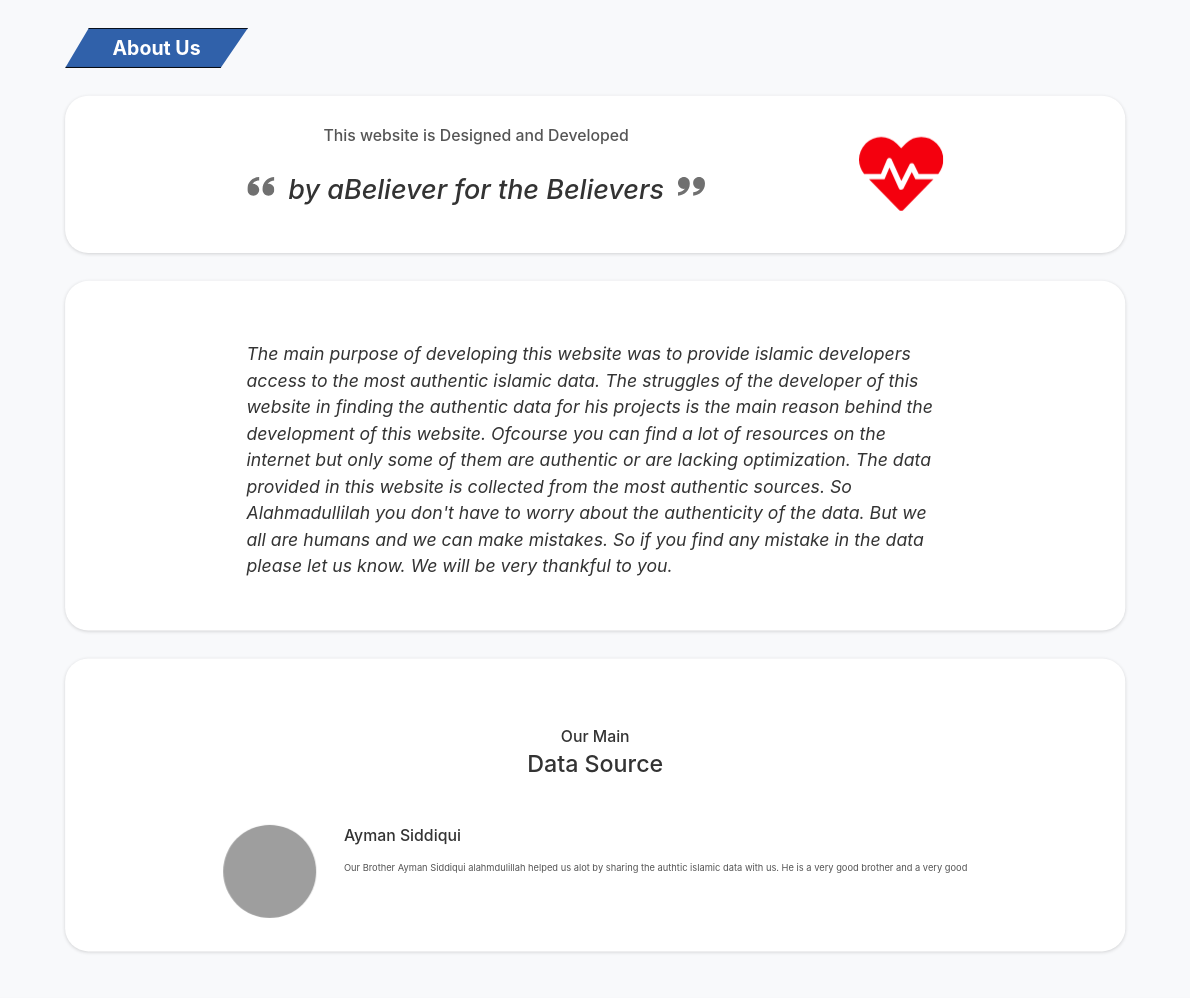
Repository: SpicierEwe/islamic-dev-repo
Page: /legal/about_us
These files come from the project's save history. The page is drawn as it stood at one moment and after the next save; the edit follows.
The browser window is 1280 px wide. The pictures show the whole page, at 93% of full size.
Pictures or frames that could not be fetched are drawn as grey boxes. The project was rebuilt for these pictures with package versions that can differ from the ones it lists, and the page was loaded fresh each time. The framework's server and built-in components were replaced by stand-ins that run in the browser. Also part of the build but not shown: next.config.js.

Above is the page before, as saved 2022-09-16 20:17:48.

### pages/_app.js
import "../styles/globals.css";
import { DataContextProvider } from "../store/data_context";

function MyApp({ Component, pageProps }) {
  return (
    <DataContextProvider>
      <Component {...pageProps} />
    </DataContextProvider>
  );
}

export default MyApp;

### pages/legal/about_us.js
import AboutUs from "../../components/legal/about_us/about_us";

export default function Legal() {
  return (
    <div>
      <AboutUs></AboutUs>
    </div>
  );
}

### styles/globals.css
html,
body,
div,
span,
applet,
object,
iframe,
h1,
h2,
h3,
h4,
h5,
h6,
p,
blockquote,
pre,
a,
abbr,
acronym,
address,
big,
cite,
code,
del,
dfn,
em,
img,
ins,
kbd,
q,
s,
samp,
small,
strike,
strong,
sub,
sup,
tt,
var,
b,
u,
i,
center,
dl,
dt,
dd,
ol,
ul,
li,
fieldset,
form,
label,
legend,
table,
caption,
tbody,
tfoot,
thead,
tr,
th,
td,
article,
aside,
canvas,
details,
embed,
figure,
figcaption,
footer,
header,
hgroup,
menu,
nav,
output,
ruby,
section,
summary,
time,
mark,
audio,
video {
  margin: 0;
  padding: 0;
  border: 0;
  vertical-align: baseline;
}
/* HTML5 display-role reset for older browsers */
article,
aside,
details,
figcaption,
figure,
footer,
header,
hgroup,
menu,
nav,
section {
  display: block;
}
body {
  line-height: 1;
}
ol,
ul {
  list-style: none;
}
blockquote,
q {
  quotes: none;
}
blockquote:before,
blockquote:after,
q:before,
q:after {
  content: "";
  content: none;
}
table {
  border-collapse: collapse;
  border-spacing: 0;
}

/*

 ////////////////////////////////////////////////////////////////////////////from here are the styles
 //////////////////////////////////////////////////////////////////////////

*/

:root {
  --complementary-blue: #0077b6;
  --heading_black: #080808;
}

html {
  font-size: 62.5%;
}

html,
body {
  padding: 0;
  margin: 0;
  /* font-family: "Roboto", "Open Sans", sans-serif, -apple-system,
    BlinkMacSystemFont, Segoe UI, Roboto, Oxygen, Ubuntu, Cantarell, Fira Sans,
    Droid Sans, Helvetica Neue, sans-serif; */

  font-family: -apple-system, BlinkMacSystemFont, Segoe UI, Roboto, Oxygen,
    Ubuntu, Cantarell, Fira Sans, Droid Sans, Helvetica Neue, sans-serif;
  font-weight: 400;
  line-height: 1;
  color: #555;
  box-sizing: border-box;

  background-color: #f8f9fb;

  /* will make the website unselectable/copyable */
  /* -webkit-touch-callout: none;
  -webkit-user-select: none;
  -khtml-user-select: none;
  -moz-user-select: none;
  -ms-user-select: none;
  user-select: none; */
}

a {
  color: inherit;
  text-decoration: none;
}

* {
  box-sizing: border-box;
}

### store/data_context.js
import { createContext, useState } from "react";

const DataContext = createContext({
  db: [],
  downlodable_data: [],
  globaliseDataFunction: (data) => {},
  globaliseDownloadableData: (data) => {},
});

export function DataContextProvider(props) {
  const [db, setDb] = useState([]);
  const [downlodableData, setdownlodableData] = useState([]);

  // globalize db
  function globaliseData(data) {
    /// will update the data
    setDb(data);
  }

  // globalize db
  function globaliseDownloadableData(data) {
    /// will update the data
    setdownlodableData(data);
  }

  const context = {
    db: db,
    downlodable_data: downlodableData,
    globaliseDataFunction: globaliseData,
    globaliseDownloadableData: globaliseDownloadableData,
  };

  return (
    <DataContext.Provider value={context}>
      {props.children}
    </DataContext.Provider>
  );
}

export default DataContext;

### components/legal/about_us/about_us.js
import styles from "./about_us.module.css";
import Image from "next/image";
import { ImQuotesLeft, ImQuotesRight } from "react-icons/im";
import { FaHeartbeat } from "react-icons/fa";

export default function AboutUs(props) {
  return (
    <div className={styles.bg}>
      <h1 className={styles.page_title}>About Us</h1>
      <div className={styles.container_development}>
        <div>
          <p className={styles.intro}>This website is Designed and Developed</p>
          <blockquote>
            <h3 className={styles.quote}>
              <ImQuotesLeft color="#707070" style={{ marginRight: "1.5rem" }} />
              by aBeliever for the Believers
              <ImQuotesRight color="#707070" style={{ marginLeft: "1.5rem" }} />
            </h3>
          </blockquote>
        </div>
        <div className={styles.heart_icon}>
          <FaHeartbeat size="9rem" color="f4000e" />
        </div>
      </div>
      <div className={styles.container_development}>
        <p className={styles.summary}>
          The main purpose of developing this website was to provide islamic
          developers access to the most authentic islamic data. The struggles of
          the developer of this website in finding the authentic data for his
          projects is the main reason behind the development of this website.
          Ofcourse you can find a lot of resources on the internet but only some
          of them are authentic or are lacking optimization. The data provided
          in this website is collected from the most authentic sources. So
          Alahmadullilah you don&apos;t have to worry about the authenticity of
          the data. But we all are humans and we can make mistakes. So if you
          find any mistake in the data please let us know. We will be very
          thankful to you.
        </p>
      </div>

      <div
        className={`${styles.container_development} ${styles.container_data_source}`}
      >
        <p className={styles.source_title}>
          <span className={styles.head_half}> Our Main</span>
          <br></br> Data Source
        </p>
        {/* data resource description */}
        <div className={styles.resourcer_container}>
          <div>
            <Image
              className={styles.resourcer_image}
              src={
                "https://thumbs.dreamstime.com/b/sheikh-icon-flat-style-isolated-white-background-arab-emirates-symbol-stock-vector-illustration-91220453.jpg"
              }
              height="100%"
              width="100%"
              // layout="fill"
              alt="Sheikh"
            ></Image>
          </div>
          <div>
            <p className={styles.name}>Ayman Siddiqui</p>
            <p>
              Our Brother Ayman Siddiqui alahmdulillah helped us alot by sharing
              the authtic islamic data with us. He is a very good brother and a
              very good
            </p>
          </div>
        </div>
      </div>
    </div>
  );
}

### components/legal/about_us/about_us.module.css
.bg {
  /* background-color: red; */
  max-width: 120rem;
  padding: 0 3rem;
  margin: 0 auto;
  padding-bottom: 5rem;
}

.page_title {
  margin-top: 3rem;
  display: inline-block;
  clip-path: polygon(13% 0, 100% 0%, 85% 100%, 0% 100%);
  background-color: #3061aa;
  color: white;
  border: 1px solid black;
  padding: 1rem 5rem;
  font-size: 2.1rem;
}

.container_development {
  justify-content: center;
  align-items: center;
  display: flex;
  border-radius: 2.5rem;
  margin-top: 3rem;
  background-color: white;
  padding: 3.5rem 3rem;
  box-shadow: rgba(0, 0, 0, 0.16) 0px 1px 4px;
  justify-content: space-evenly;
}

.intro {
  text-align: center;
  font-weight: 500;
  color: #555;
  font-size: 1.7rem;
}

.quote {
  margin-top: 3rem;
  color: #333;
  font-weight: 500;
  font-size: 2.9rem;
  font-style: italic;
  padding-bottom: 1.9rem;
  text-align: center;
}

/* heart icon */
.heart_icon {
  animation: heartBeat 1.5s infinite;
}

/* heart icon animation */
@keyframes heartBeat {
  0% {
    transform: scale(1);
  }
  20% {
    transform: scale(1.1);
  }
  40% {
    transform: scale(1);
  }
  60% {
    transform: scale(1.1);
  }
  80% {
    transform: scale(1);
  }
  100% {
    transform: scale(1);
  }
}

.summary {
  margin-top: 3rem;
  max-width: 75rem;

  line-height: 1.5;
  color: #333;
  font-size: 1.9rem;
  font-style: italic;
  padding-bottom: 1.9rem;
}

.source_title {
  margin-top: 3rem;
  color: #333;
  font-weight: 500;
  font-size: 2.5rem;
  line-height: 1.3;
  /* font-style: italic; */
  padding-bottom: 1.9rem;
  text-align: center;
}

.head_half {
  font-size: 1.7rem;
}

.container_data_source {
  flex-direction: column;
}

/* resourcer classes */

.resourcer_container {
  display: flex;
  justify-content: center;
  margin-top: 3rem;
  column-gap: 3rem;
}

.resourcer_image {
  width: 100%;
  height: 100%;
  object-fit: cover;
  border-radius: 50%;
}

.name {
  font-weight: 500;
  font-size: 1.7rem;
  line-height: 1.3;
  color: #333;
  padding-bottom: 1.9rem;
}

/* media query */
@media (max-width: 768px) {
  .container_development {
    flex-direction: column;
    row-gap: 1.5rem;
  }
}

After the next save:
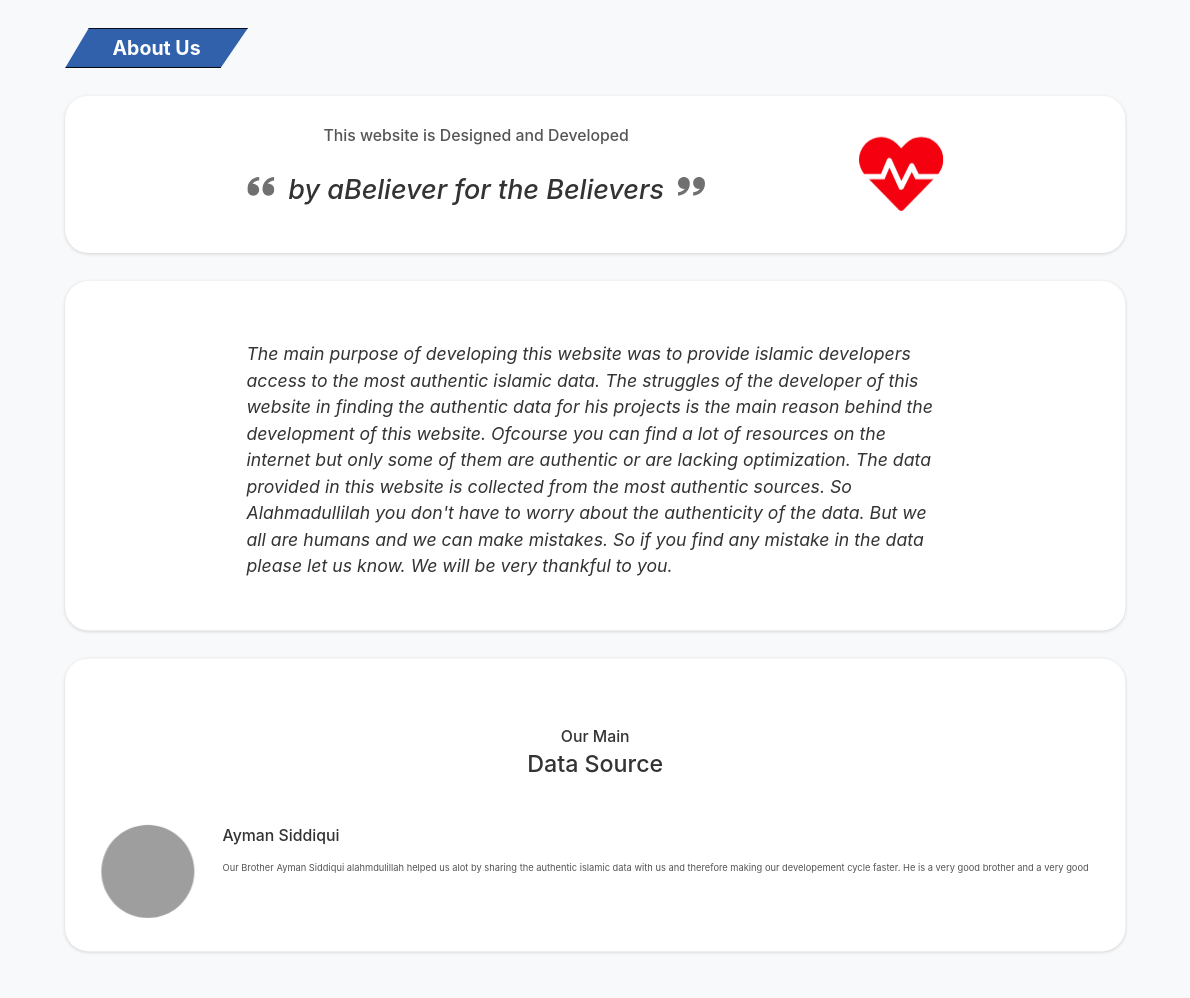
Saved 31 s later.
--- a/components/legal/about_us/about_us.js
+++ b/components/legal/about_us/about_us.js
@@ -63,8 +63,9 @@ export default function AboutUs(props) {
             <p className={styles.name}>Ayman Siddiqui</p>
             <p>
               Our Brother Ayman Siddiqui alahmdulillah helped us alot by sharing
-              the authtic islamic data with us. He is a very good brother and a
-              very good
+              the authentic islamic data with us and therefore making our
+              developement cycle faster. He is a very good brother and a very
+              good
             </p>
           </div>
         </div>
